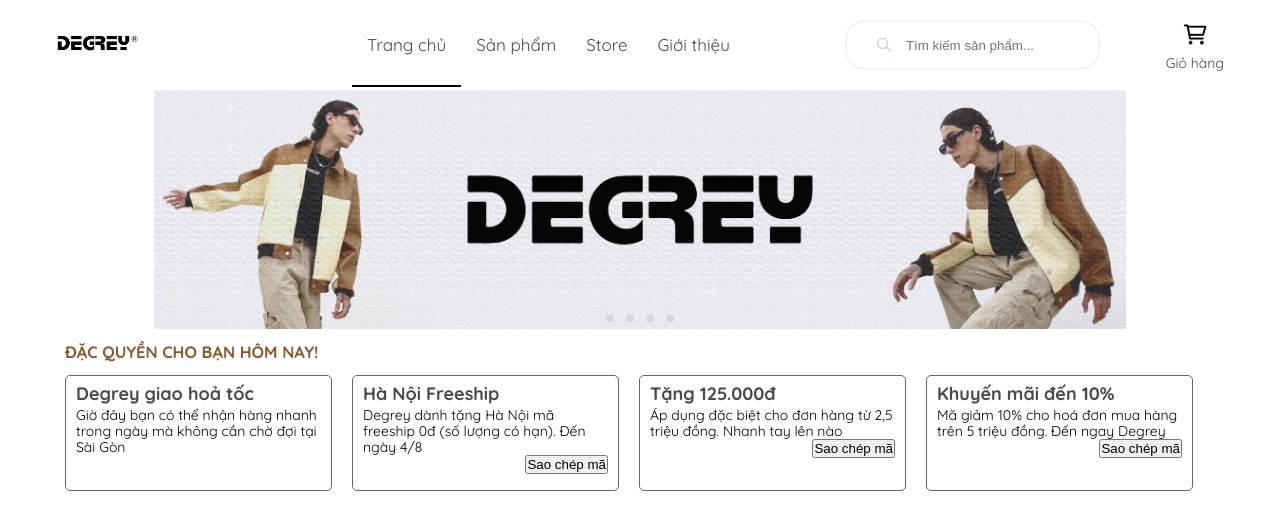
Repository: hieu-dev-1/degrey1
Page: index.html
These files come from the project's save history. The page is drawn as it stood at one moment and after the next save; the edit follows.
The browser window is 1280 px wide. The pictures show the whole page.

Above is the page before, as saved 2022-08-13 09:55:40.

### index.html
<!DOCTYPE html>
<html lang="en">
<head>
    <meta charset="UTF-8">
    <meta name="viewport" content="width=device-width, initial-scale=1.0">
    <link rel="stylesheet" href="./assets/css/base.css">
    <link rel="stylesheet" href="./assets/css/main.css">
    <link rel="stylesheet" href="./assets/font/css/all.css">
    <link rel="shortcut icon" href="https://file.hstatic.net/1000281824/file/logo1200_30471c131a2948efaf7c9e9466511f73.png">
    <title>DEGREY</title>
</head>
<body>
    <div class="wrapper">
        <!-- HEADER -->
        <div class="header">
            <!-- Logo -->
            <div class="header__container">
                <div class="header__container-logo">
                    <a href="">
                        <img class="header__container-logo--img" src="./assets/img/header__logo.png" alt="" >
                    </a>
                </div>
                <div class="header__container-nav">
                    <ul class="header__navbar-list">
                        <li class="header__navbar-item"><a class="header__navbar-link header__navbar-link--active" href="">Trang chủ</a></li>
                        <li class="header__navbar-item"><a class="header__navbar-link" href="">Sản phẩm</a></li>
                        <li class="header__navbar-item"><a class="header__navbar-link" href="">Store</a></li>
                        <li class="header__navbar-item"><a class="header__navbar-link" href="">Giới thiệu</a></li>
                    </ul>
                </div>
                <div class="header__navbar-search">
                    <button class="header__navbar-input-btn">
                        <i class="fa-regular fa-magnifying-glass"></i>
                    </button>
                    <input class="header__navbar-input" type="text" placeholder="Tìm kiếm sản phẩm...">
                </div>
                <div class="header__navbar-cart">
                    <i class="header__navbar-cart-icon fa-regular fa-cart-shopping"></i>
                    <span class="header__navbar-cart-desc">Giỏ hàng</span>
                </div>
            </div>
        </div>
        <!-- SLIDER -->
        <div class="slider">
            <div class="slider__imgs">
                <input type="radio" name="inputslider" id="img1">
                <input type="radio" name="inputslider" id="img2">
                <input type="radio" name="inputslider" id="img3">
                <input type="radio" name="inputslider" id="img4">

                <img class="imgslider1" src="./assets/img/img__introduce1.jpg" alt="">
                <img class="imgslider2" src="./assets/img/img__introduce2.jpg" alt="">
                <img class="imgslider3" src="./assets/img/img__introduce3.jpg" alt="">
                <img class="imgslider4" src="./assets/img/img__introduce4.jpg" alt="">
            </div>
            <div for="" class="labelslider">
                <label for="img1"></label>
                <label for="img2"></label>
                <label for="img3"></label>
                <label for="img4"></label>
            </div>
        </div>
        <!-- VOURCHER -->
        <div class="web__container-vourcher">
            <div class="web__container-voucher-heading">
                <h2>
                    ĐẶC QUYỀN CHO BẠN HÔM NAY!
                </h2>
            </div>
            <div class="grid wide">
                <div class="web__container-vourcher-list row">
                    <div class="web__container-vourcher-item col l-3 m-6 c-12">
                        <div class="web__container-vourcher-inner">
                            <div class="web__container-vourcher-item-heading">
                                Degrey giao hoả tốc
                            </div>
                            <div class="web__container-vourcher-item-desc">
                                Giờ đây bạn có thể nhận hàng nhanh trong ngày mà không cần chờ đợi tại Sài Gòn
                            </div>
                        </div>
                    </div>

                    <div class="web__container-vourcher-item col l-3 m-6 c-12">
                        <div class="web__container-vourcher-inner">
                            <div class="web__container-vourcher-item-heading">
                                Hà Nội Freeship
                            </div>
                            <div class="web__container-vourcher-item-desc">
                                Degrey dành tặng Hà Nội mã freeship 0đ (số lượng có hạn). Đến ngày 4/8
                            </div>
                            <div class="web__container-vourcher-item-copy">
                                <button class="web__container-copy-btn">
                                    Sao chép mã
                                </button>
                            </div>
                        </div>
                    </div>

                    <div class="web__container-vourcher-item col l-3 m-6 c-12">
                        <div class="web__container-vourcher-inner">
                            <div class="web__container-vourcher-item-heading">
                                Tặng 125.000đ
                            </div>
                            <div class="web__container-vourcher-item-desc">
                                Áp dụng đặc biệt cho đơn hàng từ 2,5 triệu đồng. Nhanh tay lên nào
                            </div>
                            <div class="web__container-vourcher-item-copy">
                                <button class="web__container-copy-btn">
                                    Sao chép mã
                                </button>
                            </div>
                        </div>
                    </div>

                    <div class="web__container-vourcher-item col l-3 m-6 c-12">
                        <div class="web__container-vourcher-inner">
                            <div class="web__container-vourcher-item-heading">
                                Khuyến mãi đến 10%
                            </div>
                            <div class="web__container-vourcher-item-desc">
                                Mã giảm 10% cho hoá đơn mua hàng trên 5 triệu đồng. Đến ngay Degrey
                            </div>
                            <div class="web__container-vourcher-item-copy">
                                <button class="web__container-copy-btn">
                                    Sao chép mã
                                </button>
                            </div>
                        </div>
                    </div>
                </div>
            </div>
        </div>
        <!-- CONTENT -->
        <div class="content">

        </div>
        <!-- FOOTER -->
        <div class="footer">

        </div>
    </div>
</body>
</html>

### assets/css/base.css
@import url('https://fonts.googleapis.com/css2?family=Quicksand:wght@300;400;500;700&display=swap');

* {
    padding: 0;
    margin: 0;
    box-sizing: border-box;
}

html {
    /* HACK */
    font-size: 62.5%;
    line-height: 1.6rem;
    font-family: 'Quicksand', sans-serif;
    box-sizing: border-box;
}

:root {
    --white-color : #fff;
    --black-color : #000;
    --text-color : #4a4a4a;
    --border-color : #dbdbdb;
}

### assets/css/main.css
/* header */
.header {
    background-color: #ffffff;
    font-size: 1.4rem;
    line-height: 20px;
    display: flex;
    justify-content: center;
}

.header__container {
    width: 1170px;
    height: 90px;
    font-size: 1.4rem;
    line-height: 20px;
    margin: 0 -15px;
    display: flex;
    justify-content: space-between;
}
/* logo */
.header__container-logo {
    padding: 0 15px;
    margin-left: -15px;
}

.header__container-logo--img {
    width: 85px;
    height: 70px;
    margin-top: 8px;
}
/* Navbar */
.header__container-nav {
    font-size: 1.4rem;
    align-items: center;
    display: flex;
    justify-content: center;
    line-height: 20px;
    padding: 0 15px;
    margin-right: -10%;
}

.header__navbar-list {
    display: flex;
    align-items: center;
    justify-content: center;
}

.header__navbar-item {
    list-style: none;
    display: inline-block;
}

.header__navbar-link {
    color: var(--text-color);
    font-size: 1.7rem;
    text-decoration: none;
    padding: 30px 15px;
}

.header__navbar-link--active {
    border-bottom: 2px solid #000;
}
/* Search */
.header__navbar-search {
    border: 2px solid #f3f3f3;
    border-radius: 20px;
    margin: 20px;
    padding: 0 15px;
    display: flex;
    margin-right: -10%;
}

.header__navbar-input-btn {
    font-size: 1.4rem;
    line-height: 20px;
    text-align: center;
    border-radius: 0 4px 4px 0;
    border: none;
    color: #c8d1e2;
    background-color: #fff;
    padding: 0 15px;
}

.header__navbar-input {
    border: none;
    outline: none;
    color: var(--text-color);
}
/* Cart */
.header__navbar-cart {
    width: 60px;
    height: 90px;
    display: flex;
    flex-wrap: wrap;
    cursor: pointer;
    justify-content: center;
}

.header__navbar-cart-icon {
    font-size: 2rem;
    margin-top: 25px;
}

.header__navbar-cart-desc {
    font-size: 1.4rem;
    margin-top: -10px;
    color: var(--text-color);
    font-weight: 400;
}

/* Slider */
.slider {
    width: 76%;
    margin: 0 auto;
    overflow: hidden;
}

.slider__imgs {
    display: flex;
}

.slider__imgs img {
    width: 100%;
}

.slider__imgs input {
    display: none;
}

.labelslider {
    display: flex;
    justify-content: center;
}

.labelslider label {
    width: 8px;
    height: 8px;
    border-radius: 50%;
    margin: 6px;
    margin-top: -15px;
    background-color: #d6d6d6;
}

.labelslider label:hover {
    background-color: #4a4a4a;
}

#img1:checked ~ .imgslider1 {
    margin-left: -100%;
}

#img2:checked ~ .imgslider2 {
    margin-left: -200%;
}

#img3:checked ~ .imgslider3 {
    margin-left: -300%;
}

#img4:checked ~ .imgslider4 {
    margin-left: -400%;
}

/* vourcher */
.web__container-vourcher {
    width: 1170px;
    height: 163px;
    display: block;
    margin: 0 auto;
}

.web__container-voucher-heading {
    color: #8b582b;
    font-size: 1.1rem;
    margin: 15px 0;
    margin-left: 10px;
}

.web__container-vourcher-list {
    display: flex;
}

.web__container-vourcher-inner {
    position: relative;
    padding: 10px;
    border: 1px solid #666;
    border-radius: 5px;
    margin: 0 10px;
    width: 267px;
    height: 116px;
}

.web__container-vourcher-item-heading {
    color: var(--text-color);
    font-size: 1.8rem;
    font-weight: 700;
}

.web__container-vourcher-item-desc {
    margin-top: 5px;
    color: #000;
    font-size: 1.4rem;
}

.web__container-vourcher-item-copy {
    text-align: right;
}

Loaded but not shown: assets/font/css/all.css (library)

After the next save:
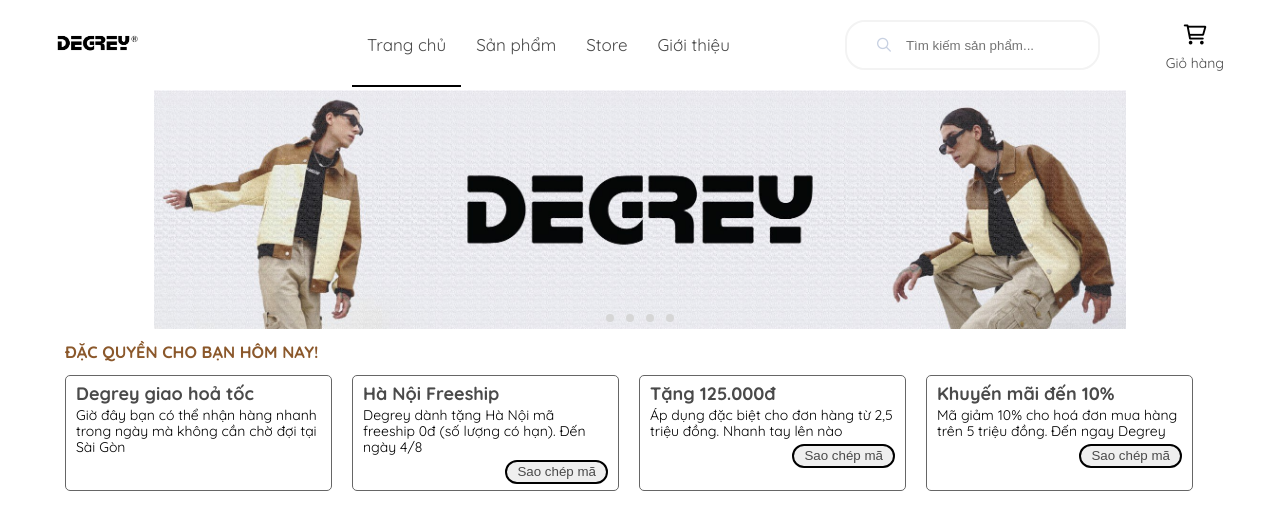
Saved 2 min 18 s later.
--- a/assets/css/main.css
+++ b/assets/css/main.css
@@ -204,3 +204,13 @@
 .web__container-vourcher-item-copy {
     text-align: right;
 }
+
+.web__container-copy-btn {
+    border: 2px solid #000;
+    background-color: ;
+    border-radius: 15px;
+    color: var(--text-color);
+    padding: 2px 10px 3px;
+    margin: 5px 0 0;
+    text-align: center;
+}
